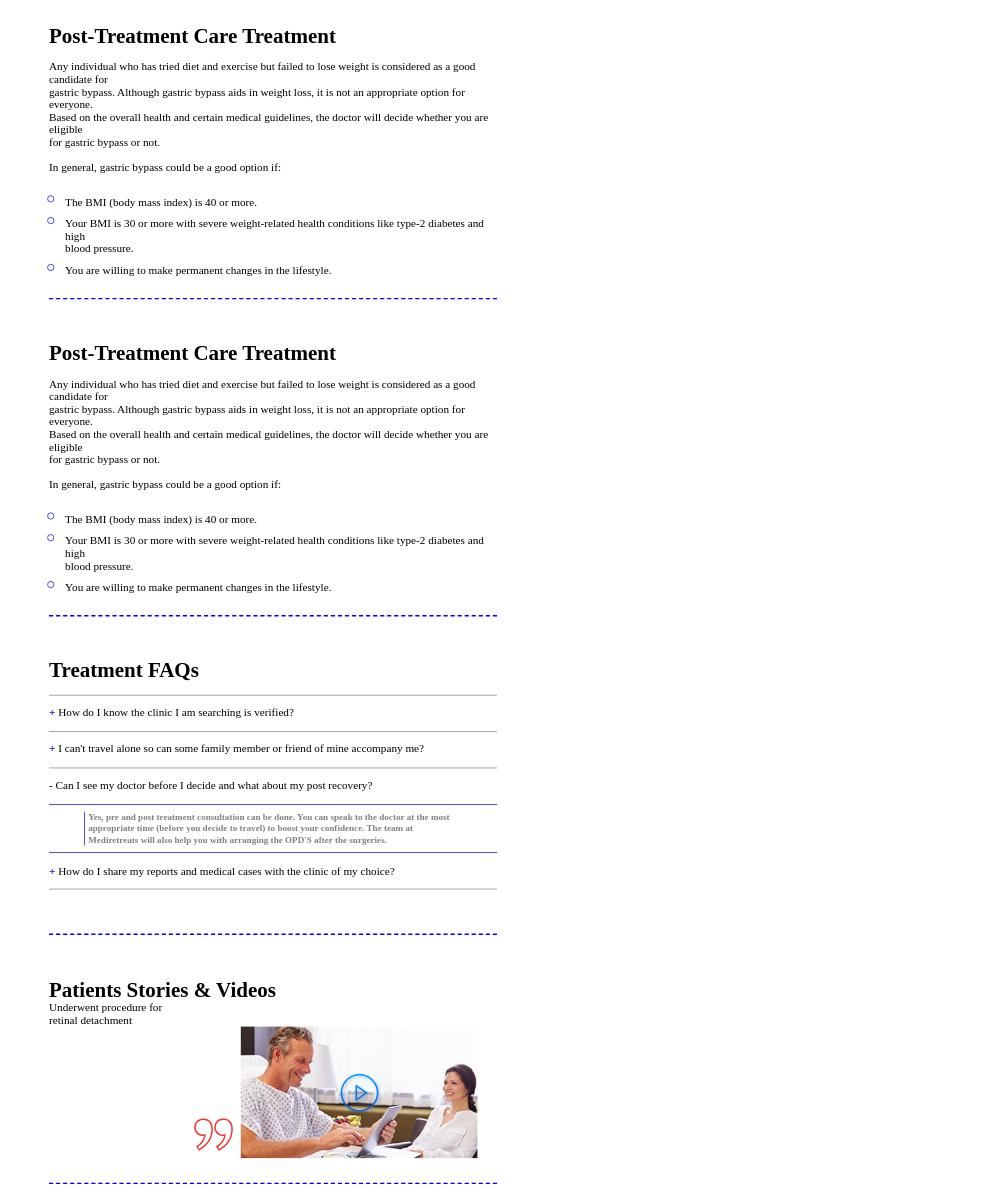
Repository: hetuk2005/webDevelopment
Page: Projects/Aafiya.html
These files come from the project's save history. The page is drawn as it stood at one moment and after the next save; the edit follows.
The browser window is 1280 px wide. The page is 1438 px wide, so the pictures cover 1438 px, including what lies to the right of the window. The pictures show the part of the page from y = 2721 to 4441 px (the page is 4423 px tall before and 4441 px after), at 70% of full size.

Above is the page before, as saved 2025-04-08 10:28:20.

### Projects/Aafiya.html
<!DOCTYPE html>
<html lang="en">

<head>
    <meta charset="UTF-8" />
    <meta name="viewport" content="width=device-width, initial-scale=1.0" />
    <title>Hetuk</title>
    <link rel="stylesheet" href="./CSS/Aafiya.css" />
</head>

<body>
    <nav>
        <div class="child1">
            <div class="images">
                <img src="./Images/Aafiya Logo.svg" alt="Aafiya Logo" class="img1" /><br />
                <img src="./Images/Logo 2.png" alt="Logo" class="img2" />
            </div>
            <div class="image_text">
                <div class="book_text">
                    <img src="./Images/Book.svg" alt="Book" class="img3" />
                    <div class="grid">
                        <br />
                        <p class="text">Second Medical Option</p>
                        <p class="text1">Book Consultation</p>
                    </div>
                </div>
                <div class="call_text">
                    <img src="./Images/Call.svg" alt="Call" class="img4" /><br />
                    <div class="grid">
                        <br />
                        <p class="text">Call Us On</p>
                        <p class="text1">985 896 2222</p>
                    </div>
                </div>
                <div class="mail_text">
                    <img src="./Images/Mail.png" alt="Mail" class="img5" />
                    <div class="grid">
                        <br />
                        <p class="text">Email Us On</p>
                        <p class="text1">info@mediretreats.com</p>
                    </div>
                </div>
                <div class="India">
                    <img src="./Images/India.svg" alt="India Flag" class="img6" />
                    <img src="./Images/Dropdown Arrow.svg" alt="Dropdown Arrow" class="img7" />
                </div>
            </div>
        </div>
        <div class="child2">
            <ul>
                <li>Home</li>
                <li>About Us</li>
                <li>Treatments +</li>
                <li>Destinations +</li>
                <li>Hospitals</li>
                <li>FAQs</li>
                <li>Blog</li>
                <li>Request A Quote</li>
            </ul>
            <input type="search" placeholder="Search" />
        </div>
    </nav>
    <div class="home_img">
        <div class="home_child">
            <p class="home_content">Home</p>
            <span> > </span>
            <p class="home_content">Treatments</p>
            <span> > </span>
            <p class="home_content">Orthopaedics</p>
            <span> > </span>
            <p class="home_content">Knee Replacement</p>
        </div>
        <br />
        <h3>Total Knee Replacement</h3>
        <p class="home_description">
            Total knee replacement is a surgery to remove and replace the whole<br /> damaged knee joint with an artificial joint.
        </p>
        <br />
        <button class="enquire_now">Enquire Now</button>
    </div>
    <div class="nav2">
        <ul>
            <li class="list">Overview</li>
            <li>Eligibility</li>
            <li>Preparation</li>
            <li>About Treatment</li>
            <li>Post-Treatment Care</li>
            <li>Recovery Tips</li>
            <li>FAQs</li>
            <li>Patients Stories</li>
        </ul>
    </div>
    <div class="treatment_overview">
        <div class="treatment_text">
            <h3>Treatment Overview</h3>
            <br />
            <p>
                Lorem ipsum dolor sit amet consectetur adipisicing elit.<br /> Earum, culpa vel debitis incidunt non quis.
            </p>
            <br />
            <p>
                Lorem ipsum dolor sit amet consectetur adipisicing elit.<br /> aliquam repudiandae, corporis consectetur dolorem eum.<br /> facilis quasi, praesentium inventore expedita quo hic.
            </p>
            <br />
            <p>
                Lorem ipsum dolor sit amet culpa vel debitis<br /> consectetur, adipisicing elit. Adipisci, nemo.
            </p>
            <br />
        </div>
        <div class="treatment_img">
            <img src="./Images/treatment_overview (1).jpg" alt="Image" />
        </div>
    </div>
    <div class="eligibility_for_treatment">
        <div class="eligibility_text">
            <h3>Eligibility For Treatment</h3>
            <br />
            <p>
                Any individual who has tried diet and exercise but failed to lose weight is considered as a good candidate for<br /> gastric bypass. Although gastric bypass aids in weight loss, it is not an appropriate option for everyone.<br /> Based
                on the overall health and certain medical guidelines, the doctor will decide whether you are eligible<br /> for gastric bypass or not.
            </p>
            <br />
            <p>In general, gastric bypass could be a good option if:</p>
            <br />
            <ul>
                <li>The BMI (body mass index) is 40 or more.</li>
                <li>
                    Your BMI is 30 or more with severe weight-related health conditions like type-2 diabetes and high<br /> blood pressure.
                </li>
                <li>You are willing to make permanent changes in the lifestyle.</li>
            </ul>
        </div>
        <br /><br /><br />
        <div class="eligibility_form">
            <h3>Need Help?</h3>
            <br />
            <p>
                Just let us know. We will be happy to<br /> assist you.
            </p>
            <br /><br />
            <form>
                <input type="text" placeholder="Full Name" /><br /><br />
                <input type="email" placeholder="Email" /><br /><br />
                <input type="tel" placeholder="Phone Number" /><br /><br />
                <input type="textarea" placeholder="Describe Your Treatment Requirement" class="textarea" /><br /><br />
                <button class="Enquiry">Send Enquiry</button>
            </form>
        </div>
    </div>
    <div class="preparation_of_treatment">
        <h3>Preparation Of Treatment</h3>
        <br />
        <p>
            Any individual who has tried diet and exercise but failed to lose weight is considered as a good candidate for<br /> gastric bypass. Although gastric bypass aids in weight loss, it is not an appropriate option for everyone.<br /> Based on
            the overall health and certain medical guidelines, the doctor will decide whether you are eligible<br /> for gastric bypass or not.
        </p>
        <br />
        <p>In general, gastric bypass could be a good option if:</p>
        <br />
        <ul>
            <li>The BMI (body mass index) is 40 or more.</li>
            <li>
                Your BMI is 30 or more with severe weight-related health conditions like type-2 diabetes and high<br /> blood pressure.
            </li>
            <li>You are willing to make permanent changes in the lifestyle.</li>
        </ul>
    </div>
    <div class="about_treatment">
        <h3>About Treatment</h3>
        <br />
        <p>
            Any individual who has tried diet and exercise but failed to lose weight is considered as a good candidate for<br /> gastric bypass. Although gastric bypass aids in weight loss, it is not an appropriate option for everyone.<br /> Based on
            the overall health and certain medical guidelines, the doctor will decide whether you are eligible<br /> for gastric bypass or not.
        </p>
        <br />
        <p>In general, gastric bypass could be a good option if:</p>
        <br />
        <ul>
            <li>The BMI (body mass index) is 40 or more.</li>
            <li>
                Your BMI is 30 or more with severe weight-related health conditions like type-2 diabetes and high<br /> blood pressure.
            </li>
            <li>You are willing to make permanent changes in the lifestyle.</li>
        </ul>
    </div>
    <div class="post_treatment">
        <h3>Post-Treatment Care Treatment</h3>
        <br />
        <p>
            Any individual who has tried diet and exercise but failed to lose weight is considered as a good candidate for<br /> gastric bypass. Although gastric bypass aids in weight loss, it is not an appropriate option for everyone.<br /> Based on
            the overall health and certain medical guidelines, the doctor will decide whether you are eligible<br /> for gastric bypass or not.
        </p>
        <br />
        <p>In general, gastric bypass could be a good option if:</p>
        <br />
        <ul>
            <li>The BMI (body mass index) is 40 or more.</li>
            <li>
                Your BMI is 30 or more with severe weight-related health conditions like type-2 diabetes and high<br /> blood pressure.
            </li>
            <li>You are willing to make permanent changes in the lifestyle.</li>
        </ul>
    </div>
    <div class="treatment_recovery">
        <h3>Post-Treatment Care Treatment</h3>
        <br />
        <p>
            Any individual who has tried diet and exercise but failed to lose weight is considered as a good candidate for<br /> gastric bypass. Although gastric bypass aids in weight loss, it is not an appropriate option for everyone.<br /> Based on
            the overall health and certain medical guidelines, the doctor will decide whether you are eligible<br /> for gastric bypass or not.
        </p>
        <br />
        <p>In general, gastric bypass could be a good option if:</p>
        <br />
        <ul>
            <li>The BMI (body mass index) is 40 or more.</li>
            <li>
                Your BMI is 30 or more with severe weight-related health conditions like type-2 diabetes and high<br /> blood pressure.
            </li>
            <li>You are willing to make permanent changes in the lifestyle.</li>
        </ul>
    </div>
    <div class="treatment_faqs">
        <h3>Treatment FAQs</h3>
        <br />
        <p>How do I know the clinic I am searching is verified?</p>
        <br />
        <p>
            I can't travel alone so can some family member or friend of mine accompany me?
        </p>
        <br />
        <p class="answered">
            Can I see my doctor before I decide and what about my post recovery?
        </p>
        <br />
        <p class="answer">
            <span class="left">
          Yes, pre and post treatment consultation can be done. You can speak to
          the doctor at the most<br />
          appropriate time (before you decide to travel) to boost your
          confidence. The team at<br />
          Mediretreats will also help you with arranging the OPD'S after the
          surgeries.
        </span>
        </p>
        <br />
        <a class="bottom">
        How do I share my reports and medical cases with the clinic of my
        choice?
      </a>
        <br />
    </div>
    <div class="patient_stories">
        <h3>Patients Stories & Videos</h3>
        <div class="stories_img">
            <p class="stories_text">Underwent procedure for</p>
            <p class="stories_text">retinal detachment</p><img src="./Images/Quotes.svg" alt="Quotes" class="quotes">
            <img src="./Images/Patient_Stories.png" alt="Image Of Patient" class="patients" />
        </div>
    </div>
</body>

</html>

### Projects/CSS/Aafiya.css
* {
    margin: 0;
    padding: 0;
    box-sizing: border-box;
}

nav {
    width: 100%;
}

.child1 {
    display: flex;
    padding-top: 15px;
    gap: 20px;
    /* height: 50vh; */
    /* border: 1px solid black; */
    justify-content: space-evenly;
    align-items: center;
}

.img3,
.img4,
.img5 {
    height: 60px;
    width: 60px;
    padding-top: 10px;
    object-fit: contain;
}

.book_text,
.call_text,
.mail_text {
    display: flex;
    width: 250px;
    /* border: 1px solid red; */
    justify-content: center;
    padding-bottom: 15px;
}

.grid {
    display: grid;
    text-align: left;
    padding-left: 10px;
}

.img1 {
    height: 70px;
    width: 300px;
    object-fit: contain;
}

.img2 {
    height: 80px;
    width: 70px;
    object-fit: contain;
}

.image_text {
    display: flex;
    gap: 20px;
    padding-right: 50px;
}

.images {
    display: flex;
    gap: 25px;
    padding-left: 50px;
    justify-content: center;
    align-items: center;
}

.text1 {
    font-weight: bolder;
    font-size: 15px;
}

.text {
    font-weight: bold;
    color: gray;
    font-size: 15px;
}

.India {
    display: flex;
    padding-left: 5px;
    justify-content: center;
    gap: 8px;
}

.India>.img6 {
    height: 50px;
    /* width: 50px; */
    padding-top: 10px;
    object-fit: contain;
}

.India>.img7 {
    height: 40px;
    /* width: 40px; */
    padding-top: 23px;
    object-fit: contain;
}

.child2 {
    display: flex;
    padding-top: 10px;
    /* border: 1px solid black; */
    justify-content: space-evenly;
    align-items: center;
    color: white;
    padding-bottom: 10px;
    background-color: rgb(125, 163, 244);
}

.child2>ul {
    list-style-type: none;
    display: flex;
    gap: 60px;
    justify-content: center;
    font-weight: bold;
    align-items: center;
    font-size: larger;
    padding-right: 60px;
}

.child2>input {
    height: 45px;
    background-color: rgb(125, 163, 244);
    width: 200px;
    padding-left: 10px;
    font-weight: bold;
    border: 2px solid black;
}

.child2>input::placeholder {
    color: white;
    text-align: center;
    font-size: large;
    font-weight: bolder;
    opacity: 0.8;
}

.home_img {
    background-image: url(../Images/Main\ Image.jpg);
    background-position: center center;
    background-size: cover;
    background-repeat: no-repeat;
    padding: 80px 0;
    padding-left: 70px;
    position: relative;
    color: white;
}

.home_img>.home_child {
    display: flex;
    gap: 20px;
}

.home_img>.home_child>.home_content,
span {
    font-size: 20px;
    font-weight: bold;
}

.home_img>h3 {
    font-size: 37px;
    font-weight: bolder;
    margin-bottom: 15px;
}

.home_img>.home_description {
    font-size: 19px;
    margin-bottom: 25px;
    font-weight: bold;
}

.home_img>.home_child>span {
    color: red;
}

.home_img>.enquire_now {
    background-color: #1da1f2;
    font-weight: bold;
    color: white;
    font-size: 17px;
    width: 170px;
    height: 40px;
}

.nav2>ul {
    list-style-type: none;
    display: flex;
    gap: 50px;
    padding-left: 60px;
    padding-top: 25px;
    padding-bottom: 20px;
    border-bottom: 2px solid gray;
    font-size: larger;
    font-weight: 300;
}

.nav2>ul>.list:hover {
    text-decoration: underline;
}

.treatment_overview {
    display: flex;
    width: 100%;
    gap: 50px;
    margin-bottom: 10px;
    border-bottom: 2px dashed blue;
    margin-left: 70px;
}

.treatment_overview>.treatment_text {
    padding-top: 67px;
    padding-bottom: 50px;
}

.treatment_overview>.treatment_text>p {
    font-size: 25px;
    padding-bottom: 25px;
}

.treatment_overview>.treatment_text>h3 {
    font-weight: bold;
    font-size: 30px;
}

.treatment_overview>.treatment_img>img {
    height: 480px;
    width: 700px;
    padding-top: 40px;
    padding-bottom: 40px;
    object-fit: contain;
    margin-right: 70px;
}

.eligibility_for_treatment {
    display: flex;
    width: 100%;
    gap: 80px;
    padding-top: 50px;
    margin-left: 70px;
}

.eligibility_for_treatment>.eligibility_text {
    border-bottom: 2px dashed blue;
}

.eligibility_for_treatment>.eligibility_text>h3 {
    font-size: 30px;
    font-weight: bold;
}

.eligibility_for_treatment>.eligibility_text>ul {
    list-style-type: circle;
    padding-left: 23px;
}

.eligibility_for_treatment>.eligibility_text>ul>li::marker {
    color: blue;
    font-size: 30px;
    font-weight: bold;
}

.eligibility_for_treatment>.eligibility_form>h3 {
    font-size: 35px;
    color: blue;
    font-weight: bold;
    font-style: italic;
}

.eligibility_form {
    box-shadow: 0 0 10px rgba(0, 0, 0, 0.4);
    border-radius: 7px;
    padding: 20px;
}

.eligibility_for_treatment>.eligibility_form>p {
    font-size: 20px;
}

.eligibility_for_treatment>.eligibility_form>form>input {
    height: 40px;
    width: 300px;
    gap: 20px;
    border: 2px solid black;
    border-radius: 7px;
}

.eligibility_for_treatment>.eligibility_form>form>input::placeholder {
    color: gray;
    padding-left: 15px;
}

.eligibility_for_treatment>.eligibility_form>form>.textarea {
    height: 100px;
    width: 300px;
    border: 2px solid black;
    border-radius: 7px;
}


/*.eligibility_for_treatment>.eligibility_form>form>.textarea::placeholder {
    padding-bottom: 70px;
}*/

.eligibility_for_treatment>.eligibility_form>form>button {
    background: linear-gradient(to right, #00aaff, #66ccff);
    color: white;
    width: 100%;
    border-radius: 7px;
    border: none;
    height: 45px;
}

.preparation_of_treatment>h3 {
    font-size: 30px;
    font-weight: bold;
}

.preparation_of_treatment {
    border-bottom: 2px dashed blue;
    margin-bottom: 10px;
    padding-bottom: 30px;
    gap: 50px;
    padding-top: 50px;
    margin-left: 70px;
    width: 50%;
}

.preparation_of_treatment>ul {
    list-style-type: circle;
    padding-left: 23px;
}

.preparation_of_treatment>ul>li::marker {
    color: blue;
    font-size: 30px;
    font-weight: bold;
}

.about_treatment {
    border-bottom: 2px dashed blue;
    margin-bottom: 10px;
    padding-bottom: 30px;
    gap: 50px;
    padding-top: 50px;
    margin-left: 70px;
    width: 50%;
}

.about_treatment>ul {
    list-style-type: circle;
    padding-left: 23px;
}

.about_treatment>ul>li::marker {
    color: blue;
    font-size: 30px;
    font-weight: bold;
}

.about_treatment>h3 {
    font-size: 30px;
    font-weight: bold;
}

.post_treatment {
    border-bottom: 2px dashed blue;
    margin-bottom: 10px;
    padding-bottom: 30px;
    gap: 50px;
    padding-top: 50px;
    margin-left: 70px;
    width: 50%;
}

.post_treatment>ul {
    list-style-type: circle;
    padding-left: 23px;
}

.post_treatment>ul>li::marker {
    color: blue;
    font-size: 30px;
    font-weight: bold;
}

.post_treatment>h3 {
    font-size: 30px;
    font-weight: bold;
}

.treatment_recovery {
    border-bottom: 2px dashed blue;
    margin-bottom: 10px;
    padding-bottom: 30px;
    gap: 50px;
    padding-top: 50px;
    margin-left: 70px;
    width: 50%;
}

.treatment_recovery>ul {
    list-style-type: circle;
    padding-left: 23px;
}

.treatment_recovery>ul>li::marker {
    color: blue;
    font-size: 30px;
    font-weight: bold;
}

.treatment_recovery>h3 {
    font-size: 30px;
    font-weight: bold;
}

.treatment_faqs>h3 {
    font-size: 30px;
    font-weight: bold;
}

.treatment_faqs {
    border-bottom: 2px dashed blue;
    padding-bottom: 45px;
    margin-bottom: 11px;
    gap: 50px;
    padding-top: 50px;
    margin-left: 70px;
    width: 50%;
}

.treatment_faqs>p {
    border-top: 1px solid gray;
    padding-top: 15px;
    counter-reset: value;
}

.treatment_faqs>p::before {
    counter-increment: value;
    content: "+  ";
    font-weight: bold;
    color: blue;
}

.treatment_faqs>.answered {
    counter-reset: value;
}

.treatment_faqs>.answered::before {
    counter-increment: value;
    content: "-  ";
    color: blue;
}

.treatment_faqs>.bottom {
    border-bottom: 1px solid gray;
    display: block;
    padding-bottom: 15px;
    counter-reset: value;
}

.treatment_faqs>.bottom::before {
    counter-increment: value;
    content: "+  ";
    font-weight: bold;
    color: blue;
}

.treatment_faqs>.answer {
    border-top: 1px solid blue;
    border-bottom: 1px solid blue;
    padding-left: 50px;
    padding-top: 10px;
    padding-bottom: 10px;
    counter-reset: value;
}

.treatment_faqs>.answer::before {
    counter-increment: value;
    content: "";
    color: blue;
}

.treatment_faqs>.answer>.left {
    border-left: 1px solid blue;
    display: block;
    font-size: small;
    padding-left: 5px;
    color: gray;
}

.patient_stories {
    border-bottom: 2px dashed blue;
    margin-bottom: 10px;
    padding-bottom: 30px;
    gap: 50px;
    padding-top: 50px;
    margin-left: 70px;
    width: 50%;
}

.patient_stories>h3 {
    font-size: 30px;
    font-weight: bold;
}

.patient_stories>.stories_img>.quotes {
    height: 70px;
    width: 70px;
    margin-left: 200px;
    /* margin-bottom: 50px; */
    object-fit: contain;
}

After the next save:
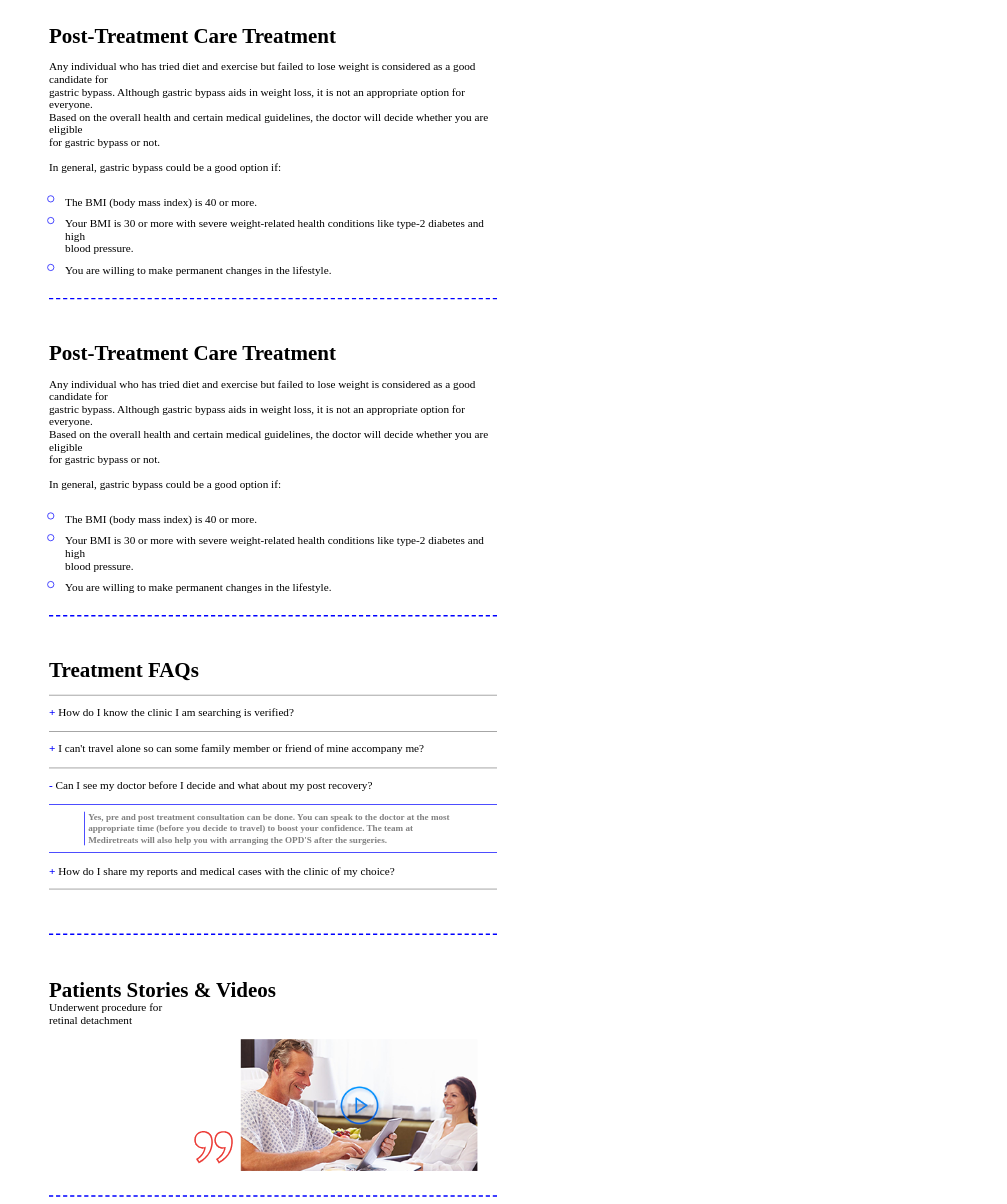
Saved 14 s later.
--- a/Projects/Aafiya.html
+++ b/Projects/Aafiya.html
@@ -253,7 +253,7 @@
         <h3>Patients Stories & Videos</h3>
         <div class="stories_img">
             <p class="stories_text">Underwent procedure for</p>
-            <p class="stories_text">retinal detachment</p><img src="./Images/Quotes.svg" alt="Quotes" class="quotes">
+            <p class="stories_text">retinal detachment</p><br><img src="./Images/Quotes.svg" alt="Quotes" class="quotes">
             <img src="./Images/Patient_Stories.png" alt="Image Of Patient" class="patients" />
         </div>
     </div>
